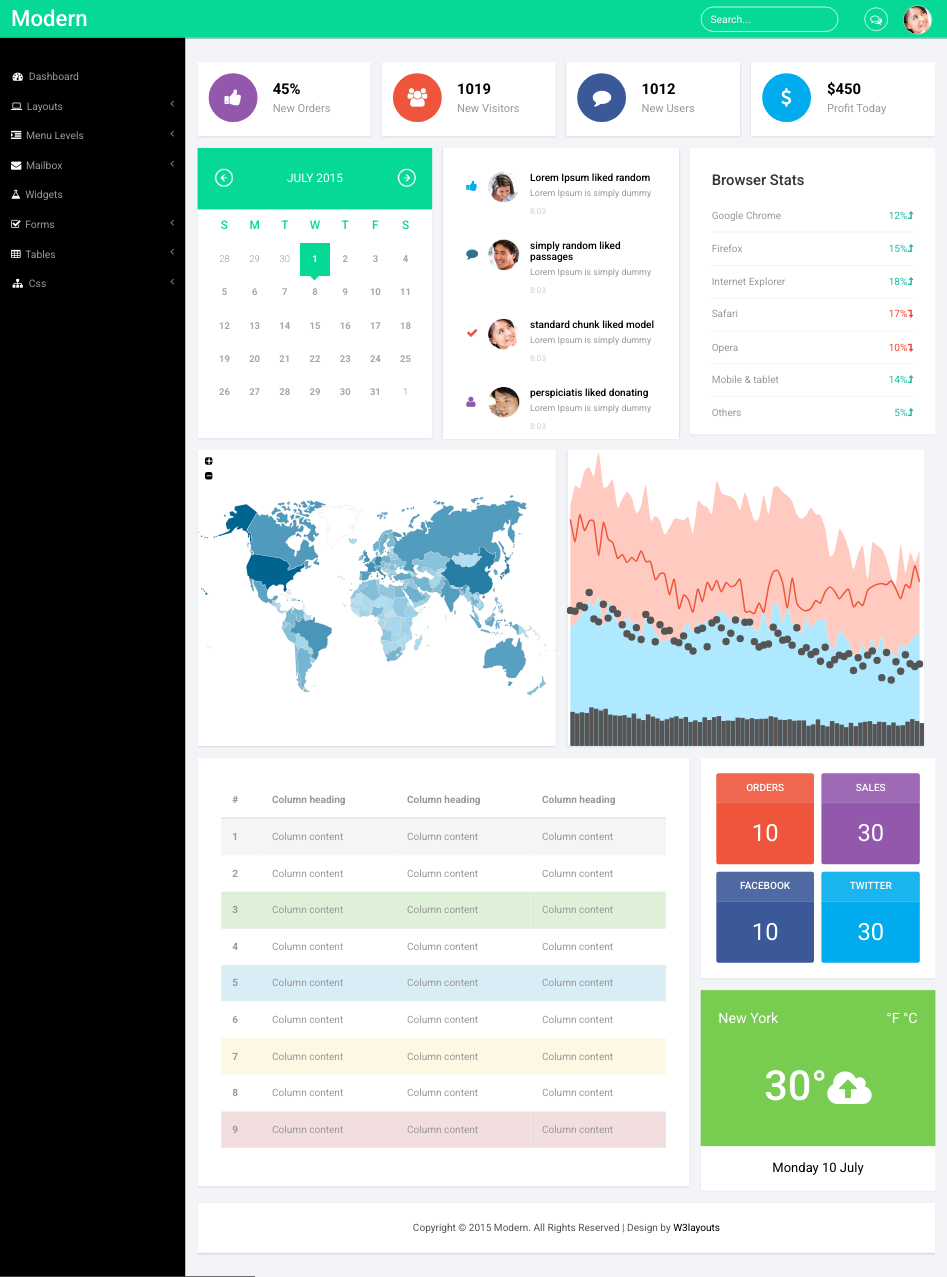
Repository: NomanMustafa/laravel-blog
Page: http://localhost/dashboard
These files come from the project's save history. The page is drawn as it stood at one moment and after the next save; the edit follows.
The browser window is 1280 px wide. The pictures show the whole page, at 74% of full size.
The page is served by the project's Laravel application, run on PHP 8.4 with Laravel 8. A made-up administrator, Test User (test@example.com), is signed in.

Above is the page before, as saved 2020-07-05 00:32:12.

After the next save:
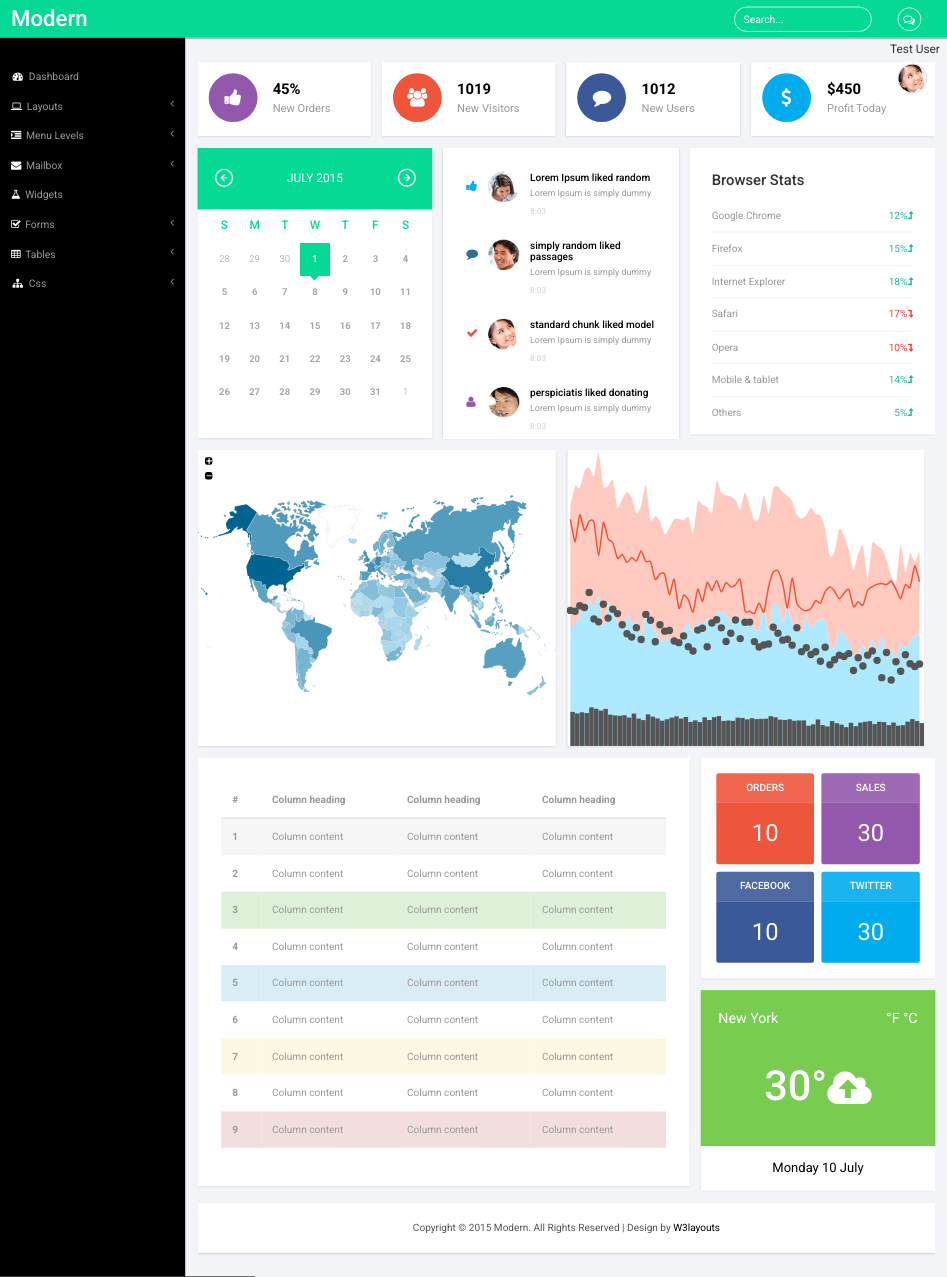
Saved 106 s later.
--- a/resources/views/includes/admin/headerNavigation.blade.php
+++ b/resources/views/includes/admin/headerNavigation.blade.php
@@ -11,7 +11,7 @@
  <ul class="nav navbar-nav navbar-right">
      <li class="dropdown">
          <a href="#" class="dropdown-toggle" data-toggle="dropdown" aria-expanded="false"><i class="fa fa-comments-o"></i></a>
-
+        <span>{{ Auth::user()->name }}</span
 
      <li class="dropdown">
          <a href="#" class="dropdown-toggle avatar" data-toggle="dropdown"><img src="{{ asset('admin/assets/images/1.png') }}"></a>
